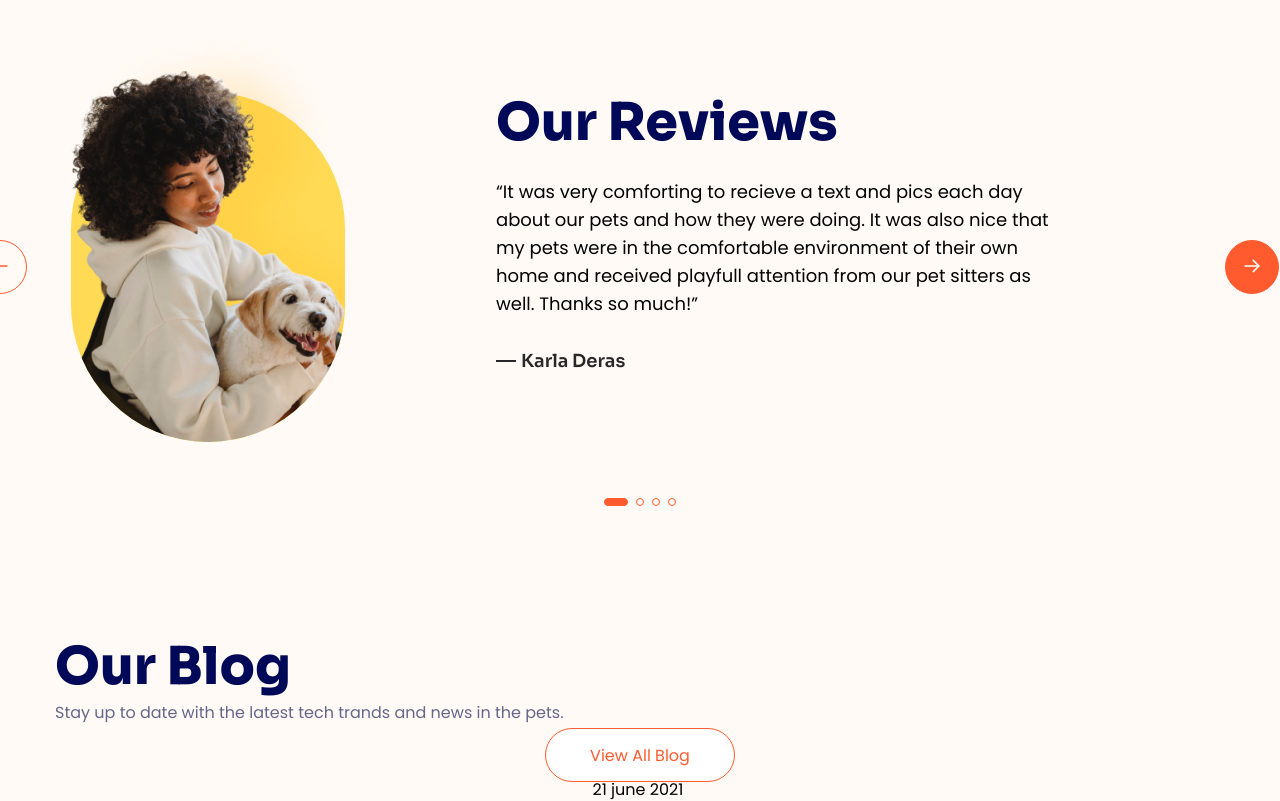
Repository: Cuongquaidan/F8projeact-04
Page: index.html
An editor plug-in stored every save of this project. The page is shown before and after the next save, followed by the edit.
The browser window is 1280 px wide. The pictures show the part of the page from y = 5056 to 6008 px (the page is 5857 px tall before and 6008 px after).
A picture or video elsewhere on the page could not be fetched, so the positions and the page height are approximate.

Above is the page before, as saved 2023-04-17 22:28:04.

After the next save:
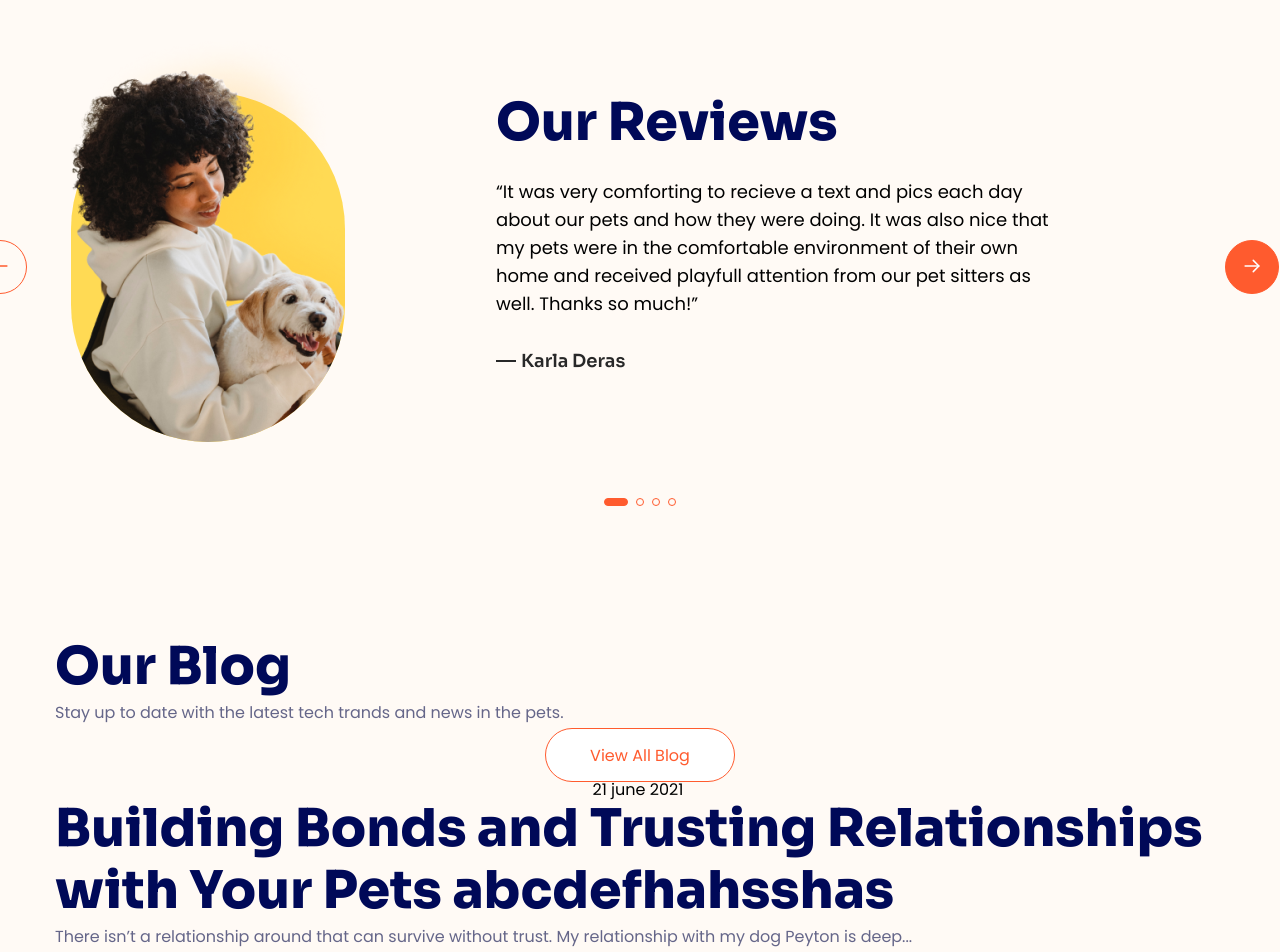
Saved 29 s later.
--- a/index.html
+++ b/index.html
@@ -424,8 +424,8 @@ So Is Your Pet.
                             <img src="" alt="" class="blogs-item__img">
                         </div>
                         <div class="blogs-item__contents">
-                            <p class="blogs-item__contents__title title"></p>
-                            <p class="blogs-item__contents__desc desc"></p>
+                            <p class="blogs-item__contents__title title">Building Bonds and Trusting Relationships with Your Pets abcdefhahsshas</p>
+                            <p class="blogs-item__contents__desc desc">There isn’t a relationship around that can survive without trust. My relationship with my dog Peyton is deep...</p>
                         </div>
                     </div>
                 </div>
